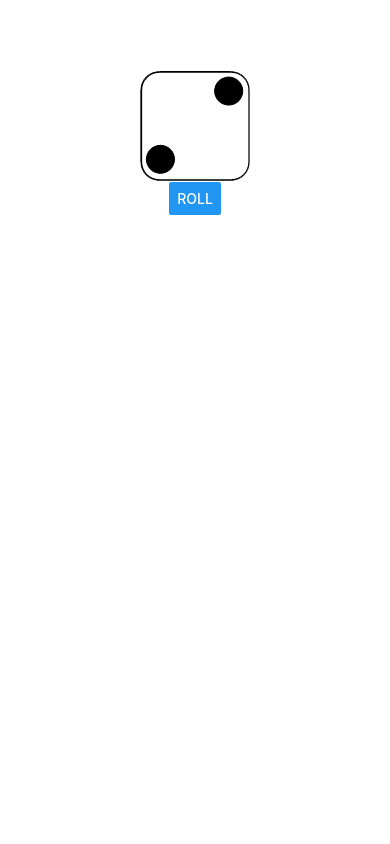
Repository: akinmiday/ReactNativeApp
Screen: /
An editor plug-in stored every save of this project. The screen is shown before and after the next save, followed by the edit.
The app was drawn by React Native's web renderer in a window 390 px wide. The project was rebuilt for these pictures with package versions that can differ from the ones it lists, and the page was loaded fresh each time.

Above is the screen before, as saved 2023-08-03 17:26:11.

After the next save:
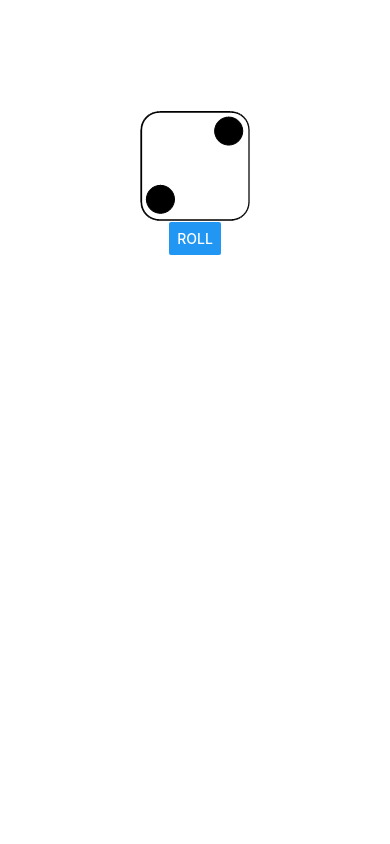
Saved 11 s later.
--- a/styles.js
+++ b/styles.js
@@ -8,7 +8,7 @@ const styles = StyleSheet.create({
     flex: 1,
   },
   image: {
-    padding: 10,
+    padding: 50,
     alignItems: "center",
   },
 });
